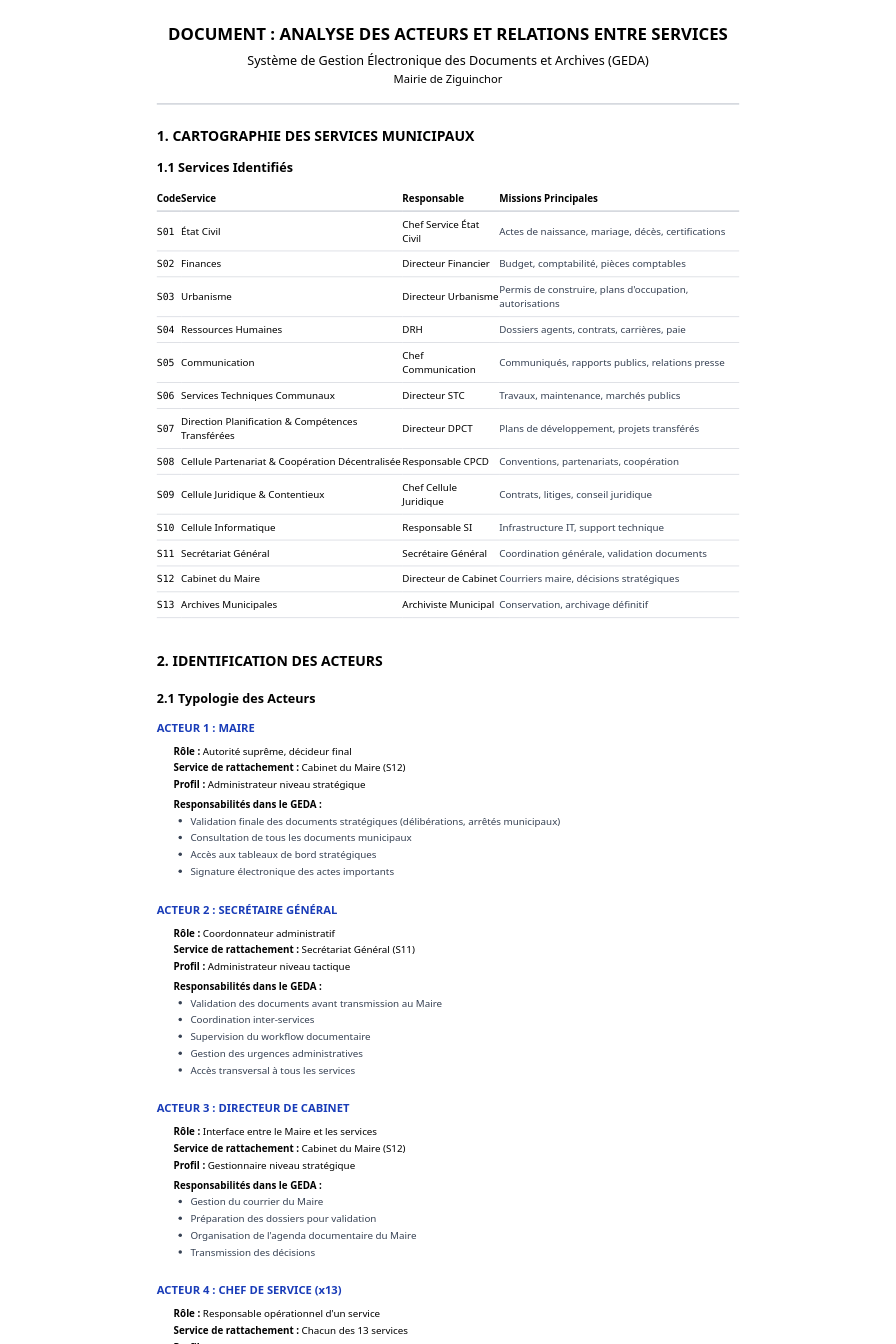
Repository: Moustapha2302/GEDA_Front
Page: /
The author's editor kept a copy of each file at every save. The page is drawn from the files as they stood at one save, then again after the next save.
The browser window is 1280 px wide. The pictures show the part of the page from y = 0 to 1920 px (the page is 3851 px tall before and 1248 px after), at 70% of full size.
The project was rebuilt for these pictures with package versions that can differ from the ones it lists, and the page was loaded fresh each time. Also part of the build but not shown: vite.config.js.

Above is the page before, as saved 2025-11-11 12:46:22.

### index.html
<!doctype html>
<html lang="en">
  <head>
    <meta charset="UTF-8" />
    <link rel="icon" type="image/svg+xml" href="/vite.svg" />
    <meta name="viewport" content="width=device-width, initial-scale=1.0" />
    <title>geda-frontend</title>
  </head>
  <body>
    <div id="root"></div>
    <script type="module" src="/src/main.jsx"></script>
  </body>
</html>

### src/App.jsx
// src/App.jsx
import { BrowserRouter, Routes, Route } from "react-router-dom";
import AnalysisPage from "./pages/AnalysisPage";

export default function App() {
  return (
    <BrowserRouter>
      <Routes>
        <Route path="/" element={<AnalysisPage />} />
      </Routes>
    </BrowserRouter>
  );
}

### src/pages/AnalysisPage.jsx
// src/pages/AnalysisPage.jsx
import ServicesTable from "../components/ServicesTable";
import ActorsSection from "../components/ActorsSection";

export default function AnalysisPage() {
  return (
    <div className="max-w-4xl mx-auto p-8 font-sans text-sm leading-relaxed">
      {/* Titre principal */}
      <header className="text-center mb-8">
        <h1 className="text-2xl font-bold uppercase">
          DOCUMENT : ANALYSE DES ACTEURS ET RELATIONS ENTRE SERVICES
        </h1>
        <p className="text-lg font-medium mt-2">
          Système de Gestion Électronique des Documents et Archives (GEDA)
        </p>
        <p className="text-base">Mairie de Ziguinchor</p>
        <hr className="mt-6 border-gray-400" />
      </header>

      {/* Section 1 */}
      <section className="mb-10">
        <h2 className="text-xl font-bold mb-4">1. CARTOGRAPHIE DES SERVICES MUNICIPAUX</h2>
        <ServicesTable />
      </section>

      {/* Section 2 */}
      <section>
        <ActorsSection />
      </section>
    </div>
  );
}

### src/components/ServicesTable.jsx
// src/components/ServicesTable.jsx
import { services } from "../data/mockData";

export default function ServicesTable() {
  return (
    <div className="mb-10">
      <h3 className="text-lg font-bold mb-3">1.1 Services Identifiés</h3>
      <table className="w-full border-collapse text-sm">
        <thead>
          <tr className="border-b border-gray-400">
            <th className="text-left font-bold py-2">Code</th>
            <th className="text-left font-bold py-2">Service</th>
            <th className="text-left font-bold py-2">Responsable</th>
            <th className="text-left font-bold py-2">Missions Principales</th>
          </tr>
        </thead>
        <tbody>
          {services.map((s) => (
            <tr key={s.code} className="border-b border-gray-300">
              <td className="py-2 font-mono">{s.code}</td>
              <td className="py-2">{s.name}</td>
              <td className="py-2">{s.responsable}</td>
              <td className="py-2 text-gray-700">{s.missions}</td>
            </tr>
          ))}
        </tbody>
      </table>
    </div>
  );
}

### src/components/ActorsSection.jsx
// src/components/ActorsSection.jsx
import { actors } from "../data/mockData";

export default function ActorsSection() {
  return (
    <div className="mt-12">
      <h2 className="text-xl font-bold mb-6">2. IDENTIFICATION DES ACTEURS</h2>
      <h3 className="text-lg font-bold mb-4">2.1 Typologie des Acteurs</h3>

      {actors.map((actor, index) => (
        <div key={actor.id} className="mb-8">
          <h4 className="text-base font-bold text-blue-800 mb-3">
            ACTEUR {index + 1} : {actor.name}
          </h4>
          <ul className="ml-6 space-y-1 text-sm">
            <li><strong>Rôle :</strong> {actor.role}</li>
            <li><strong>Service de rattachement :</strong> {actor.service}</li>
            <li><strong>Profil :</strong> {actor.profile}</li>
            <li className="mt-2">
              <strong>Responsabilités dans le GEDA :</strong>
              <ul className="ml-6 mt-1 list-disc space-y-1 text-gray-700">
                {actor.responsibilities.map((resp, i) => (
                  <li key={i}>{resp}</li>
                ))}
              </ul>
            </li>
          </ul>
        </div>
      ))}
    </div>
  );
}

### src/data/mockData.js
// src/data/mockData.js
export const services = [
  { code: "S01", name: "État Civil", responsable: "Chef Service État Civil", missions: "Actes de naissance, mariage, décès, certifications" },
  { code: "S02", name: "Finances", responsable: "Directeur Financier", missions: "Budget, comptabilité, pièces comptables" },
  { code: "S03", name: "Urbanisme", responsable: "Directeur Urbanisme", missions: "Permis de construire, plans d'occupation, autorisations" },
  { code: "S04", name: "Ressources Humaines", responsable: "DRH", missions: "Dossiers agents, contrats, carrières, paie" },
  { code: "S05", name: "Communication", responsable: "Chef Communication", missions: "Communiqués, rapports publics, relations presse" },
  { code: "S06", name: "Services Techniques Communaux", responsable: "Directeur STC", missions: "Travaux, maintenance, marchés publics" },
  { code: "S07", name: "Direction Planification & Compétences Transférées", responsable: "Directeur DPCT", missions: "Plans de développement, projets transférés" },
  { code: "S08", name: "Cellule Partenariat & Coopération Décentralisée", responsable: "Responsable CPCD", missions: "Conventions, partenariats, coopération" },
  { code: "S09", name: "Cellule Juridique & Contentieux", responsable: "Chef Cellule Juridique", missions: "Contrats, litiges, conseil juridique" },
  { code: "S10", name: "Cellule Informatique", responsable: "Responsable SI", missions: "Infrastructure IT, support technique" },
  { code: "S11", name: "Secrétariat Général", responsable: "Secrétaire Général", missions: "Coordination générale, validation documents" },
  { code: "S12", name: "Cabinet du Maire", responsable: "Directeur de Cabinet", missions: "Courriers maire, décisions stratégiques" },
  { code: "S13", name: "Archives Municipales", responsable: "Archiviste Municipal", missions: "Conservation, archivage définitif" }
];

export const actors = [
  {
    id: 1,
    name: "MAIRE",
    role: "Autorité suprême, décideur final",
    service: "Cabinet du Maire (S12)",
    profile: "Administrateur niveau stratégique",
    responsibilities: [
      "Validation finale des documents stratégiques (délibérations, arrêtés municipaux)",
      "Consultation de tous les documents municipaux",
      "Accès aux tableaux de bord stratégiques",
      "Signature électronique des actes importants"
    ]
  },
  {
    id: 2,
    name: "SECRÉTAIRE GÉNÉRAL",
    role: "Coordonnateur administratif",
    service: "Secrétariat Général (S11)",
    profile: "Administrateur niveau tactique",
    responsibilities: [
      "Validation des documents avant transmission au Maire",
      "Coordination inter-services",
      "Supervision du workflow documentaire",
      "Gestion des urgences administratives",
      "Accès transversal à tous les services"
    ]
  },
  {
    id: 3,
    name: "DIRECTEUR DE CABINET",
    role: "Interface entre le Maire et les services",
    service: "Cabinet du Maire (S12)",
    profile: "Gestionnaire niveau stratégique",
    responsibilities: [
      "Gestion du courrier du Maire",
      "Préparation des dossiers pour validation",
      "Organisation de l'agenda documentaire du Maire",
      "Transmission des décisions"
    ]
  },
  {
    id: 4,
    name: "CHEF DE SERVICE (x13)",
    role: "Responsable opérationnel d'un service",
    service: "Chacun des 13 services",
    profile: "Gestionnaire niveau opérationnel",
    responsibilities: [
      "Validation des documents de son service",
      "Gestion de l'équipe d'agents",
      "Attribution des tâches documentaires",
      "Contrôle qualité des documents produits",
      "Statistiques et reporting de son service"
    ]
  },
  {
    id: 5,
    name: "AGENT MUNICIPAL (≈50-100 agents)",
    role: "Producteur/utilisateur de documents",
    service: "Réparti dans les 13 services",
    profile: "Utilisateur standard",
    responsibilities: [
      "Création de documents",
      "Modification de documents non validés",
      "Recherche et consultation de documents",
      "Demande de validation",
      "Suivi des dossiers"
    ]
  },
  {
    id: 6,
    name: "ARCHIVISTE MUNICIPAL",
    role: "Gestionnaire du cycle de vie documentaire",
    service: "Archives Municipales (S13)",
    profile: "Spécialiste archivage",
    responsibilities: [
      "Gestion du cycle de vie des documents",
      "Transfert vers archives intermédiaires/définitives",
      "Numérisation des archives papier",
      "Application des durées de conservation",
      "Élimination réglementaire des documents",
      "Conformité aux normes d'archivage"
    ]
  },
  {
    id: 7,
    name: "ADMINISTRATEUR SYSTÈME",
    role: "Gestionnaire technique de la plateforme",
    service: "Cellule Informatique (S10)",
    profile: "Super-administrateur",
    responsibilities: [
      "Gestion des utilisateurs et droits",
      "Configuration du système",
      "Paramétrage des workflows",
      "Maintenance technique",
      "Sauvegardes et restaurations",
      "Sécurité et logs système",
      "Support technique niveau 2"
    ]
  },
  {
    id: 8,
    name: "CONTRÔLEUR FINANCIER",
    role: "Validation des engagements financiers",
    service: "Finances (S02)",
    profile: "Validateur spécialisé",
    responsibilities: [
      "Validation des pièces comptables",
      "Contrôle des bons de commande",
      "Visa des marchés publics",
      "Accès aux documents financiers"
    ]
  },
  {
    id: 9,
    name: "JURISTE",
    role: "Conseil et validation juridique",
    service: "Cellule Juridique (S09)",
    profile: "Consultant spécialisé",
    responsibilities: [
      "Validation juridique des contrats",
      "Avis sur les délibérations",
      "Gestion des contentieux",
      "Consultation des dossiers sensibles"
    ]
  },
  {
    id: 10,
    name: "CITOYEN/PARTENAIRE EXTERNE",
    role: "Demandeur de documents publics",
    service: "Externe",
    profile: "Consultation limitée (future extension)",
    responsibilities: [
      "Demande de documents publics (état civil)",
      "Consultation délibérations publiques",
      "Suivi de dossiers personnels (urbanisme)",
      "(Module optionnel - phase 2)"
    ]
  }
];

export const relations = [
  { emitter: "Tous les services", receiver: "Secrétariat Général", type: "Rapports, notes, projets de délibération", workflow: "Validation coordination" },
  { emitter: "Secrétariat Général", receiver: "Cabinet du Maire", type: "Documents validés", workflow: "Signature finale" },
  { emitter: "Urbanisme", receiver: "Juridique", type: "Projets de permis, conventions", workflow: "Avis juridique" },
  { emitter: "Finances", receiver: "Tous les services", type: "Notifications budgétaires", workflow: "Information" },
  { emitter: "RH", receiver: "Finances", type: "États de paie, engagements", workflow: "Validation financière" },
  { emitter: "Services Techniques", receiver: "Finances", type: "Bons de commande, factures", workflow: "Validation financière" },
  { emitter: "Tous les services", receiver: "Archives", type: "Documents > 5 ans", workflow: "Archivage" },
  { emitter: "État Civil", receiver: "Citoyen", type: "Actes, certificats", workflow: "Délivrance" },
  { emitter: "Communication", receiver: "Tous les services", type: "Demandes d'information", workflow: "Collecte info" },
  { emitter: "DPCT", receiver: "Tous les services", type: "Plans, programmes", workflow: "Coordination projets" },
  { emitter: "Juridique", receiver: "Tous les services", type: "Avis, conseils juridiques", workflow: "Consultation" },
  { emitter: "Partenariat", receiver: "Cabinet + SG", type: "Conventions partenariat", workflow: "Validation haute" }
];

export const circuits = [
  { number: 1, name: "Document Standard", steps: "Agent → Chef de Service → Validation finale", examples: "note interne, compte-rendu de réunion" },
  { number: 2, name: "Document Important", steps: "Agent → Chef de Service → Secrétaire Général → Validation finale", examples: "rapport annuel, projet de programme" },
  { number: 3, name: "Document Stratégique", steps: "Agent → Chef de Service → Secrétaire Général → Maire", examples: "délibération, arrêté municipal, convention majeure" },
  { number: 4, name: "Document avec Avis Technique", steps: "Agent → Chef de Service → Service Consulté (Juridique/Finances) → Secrétaire Général → Maire", examples: "marché public, contrat, convention avec engagement financier" },
  { number: 5, name: "Document Multi-Services", steps: "Service Initiateur → Services Contributeurs (parallèle) → Secrétaire Général → Validation finale", examples: "projet transversal, plan communal" }
];

export const permissions = [
  { actor: "Maire", create: "✓", read: "✓", modify: "✓", delete: "✗", validate: "✓", archive: "✗", administer: "✗", scope: "Tous services" },
  { actor: "Secrétaire Général", create: "✓", read: "✓", modify: "✓", delete: "✗", validate: "✓", archive: "✗", administer: "✗", scope: "Tous services" },
  { actor: "Directeur Cabinet", create: "✓", read: "✓", modify: "✓", delete: "✗", validate: "✓", archive: "✗", administer: "✗", scope: "Cabinet + transversal" },
  { actor: "Chef de Service", create: "✓", read: "✓", modify: "✓", delete: "✓*", validate: "✓", archive: "✗", administer: "✗", scope: "Son service uniquement" },
  { actor: "Agent Municipal", create: "✓", read: "✓", modify: "✓**", delete: "✗", validate: "✗", archive: "✗", administer: "✗", scope: "Son service uniquement" },
  { actor: "Archiviste", create: "✗", read: "✓", modify: "✗", delete: "✗", validate: "✗", archive: "✓", administer: "✗", scope: "Tous services (lecture)" },
  { actor: "Admin Système", create: "✓", read: "✓", modify: "✓", delete: "✓", validate: "✗", archive: "✗", administer: "✓", scope: "Tous services" },
  { actor: "Contrôleur Financier", create: "✗", read: "✓", modify: "✗", delete: "✗", validate: "✓", archive: "✗", administer: "✗", scope: "Documents financiers" },
  { actor: "Juriste", create: "✗", read: "✓", modify: "✗", delete: "✗", validate: "✓***", archive: "✗", administer: "✗", scope: "Documents juridiques" }
];

export const permissionLegends = [
  "✓ = Droit accordé",
  "✗ = Droit refusé",
  "* = Suppression uniquement documents non validés de son service",
  "** = Modification uniquement ses propres documents non validés",
  "*** = Avis juridique (pas validation administrative)"
];

export const securityRules = [
  { rule: "S1", name: "Confidentialité RH", description: "Documents RH (contrats, dossiers agents) : accès limité à DRH, SG, Maire, Admin. Pas d'accès aux autres services" },
  { rule: "S2", name: "Confidentialité Finances", description: "Pièces comptables sensibles : accès limité au service Finances, Contrôleur, SG, Maire. Autres services : consultation uniquement de leur budget propre" },
  { rule: "S3", name: "Documents Publics", description: "Délibérations publiées : consultation publique (future extension). Actes d'état civil : accès contrôlé (concerné + services habilités)" },
  { rule: "S4", name: "Documents Juridiques Sensibles", description: "Contentieux en cours : accès limité (Juriste, SG, Maire, service concerné). Interdiction d'export sans autorisation" },
  { rule: "S5", name: "Modification et Versioning", description: "Document validé = verrouillé → seule nouvelle version possible. Document en cours de validation = modification interdite. Historique complet conservé (qui, quand, quoi)" }
];

### src/pages/HomePage.jsx
// src/pages/HomePage.jsx
import { services } from "../data/mockData";

const icons = [
  "🔍", // S01 État Civil
  "💰", // S02 Finances
  "🏗️", // S03 Urbanisme
  "👥", // S04 RH
  "📢", // S05 Communication
  "⚙️", // S06 STC
  "📋", // S07 DPCT
  "🤝", // S08 CPCD
  "⚖️", // S09 Juridique
  "💻", // S10 Informatique
  "📊", // S11 SG
  "📜", // S12 Cabinet
  "📚"  // S13 Archives
];

const bgColors = [
  "bg-blue-100 border-blue-500",
  "bg-green-100 border-green-500",
  "bg-orange-100 border-orange-500",
  "bg-purple-100 border-purple-500",
  "bg-pink-100 border-pink-500",
  "bg-yellow-100 border-yellow-500",
  "bg-indigo-100 border-indigo-500",
  "bg-teal-100 border-teal-500",
  "bg-red-100 border-red-500",
  "bg-cyan-100 border-cyan-500",
  "bg-emerald-100 border-emerald-500",
  "bg-gray-100 border-gray-500",
  "bg-amber-100 border-amber-500"
];

export default function HomePage() {
  return (
    <div className="min-h-screen bg-linear-to-b from-blue-50 to-white">
      {/* Header avec logo */}
      <header className="text-center py-8">
        <div className="w-20 h-20 mx-auto mb-4 bg-green-600 rounded-full flex items-center justify-center text-white text-4xl shadow-lg">
          🏛️
        </div>
        <h1 className="text-3xl font-bold text-gray-800">
          Système de Gestion Documentaire
        </h1>
        <p className="text-lg text-gray-600 mt-1">
          Mairie de Ziguinchor - Connexion par Service
        </p>
      </header>

      {/* Titre section */}
      <div className="max-w-7xl mx-auto px-6">
        <h2 className="text-2xl font-bold text-center mb-10 text-gray-800">
          Sélectionnez votre service
        </h2>

        {/* Grille de cartes */}
        <div className="grid grid-cols-1 sm:grid-cols-2 md:grid-cols-3 lg:grid-cols-4 gap-6">
          {services.map((service, index) => (
            <div
              key={service.code}
              className={`p-5 rounded-xl border-2 ${bgColors[index]} shadow-md hover:shadow-xl transition-shadow cursor-pointer`}
            >
              <div className="flex items-center justify-between mb-3">
                <div className="text-3xl">{icons[index]}</div>
                <span className="bg-white px-3 py-1 rounded-full text-xs font-bold text-gray-700 border">
                  {service.code}
                </span>
              </div>
              <h3 className="font-bold text-gray-800 text-lg mb-1">
                {service.name}
              </h3>
              <p className="text-sm text-gray-600 mb-2 line-clamp-2">
                {service.missions}
              </p>
              <p className="text-xs text-gray-500 italic">
                {service.responsable}
              </p>
            </div>
          ))}
        </div>
      </div>

      {/* Footer */}
      <footer className="mt-16 text-center text-sm text-gray-500 pb-6">
        © 2024 Mairie de Ziguinchor - Tous droits réservés
      </footer>
    </div>
  );
}

Loaded but not shown: src/main.jsx (common file); src/index.css (common file)

After the next save:
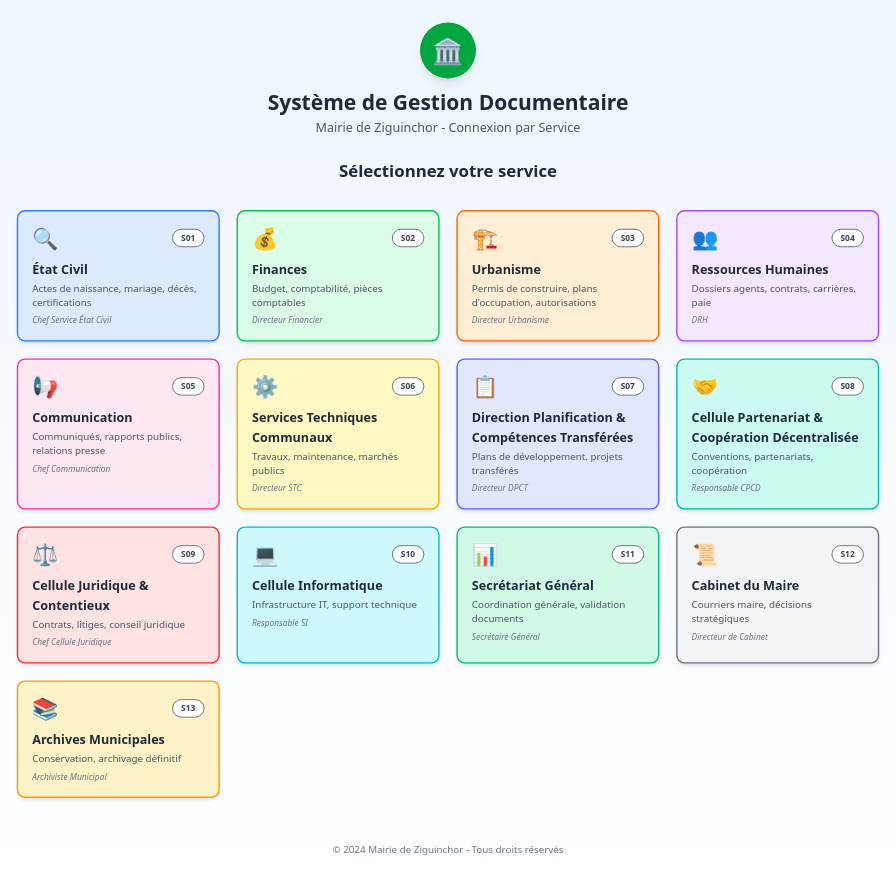
Saved 40 s later.
--- a/src/App.jsx
+++ b/src/App.jsx
@@ -1,12 +1,12 @@
 // src/App.jsx
 import { BrowserRouter, Routes, Route } from "react-router-dom";
-import AnalysisPage from "./pages/AnalysisPage";
+import HomePage from "./pages/HomePage";
 
 export default function App() {
   return (
     <BrowserRouter>
       <Routes>
-        <Route path="/" element={<AnalysisPage />} />
+        <Route path="/" element={<HomePage />} />
       </Routes>
     </BrowserRouter>
   );
